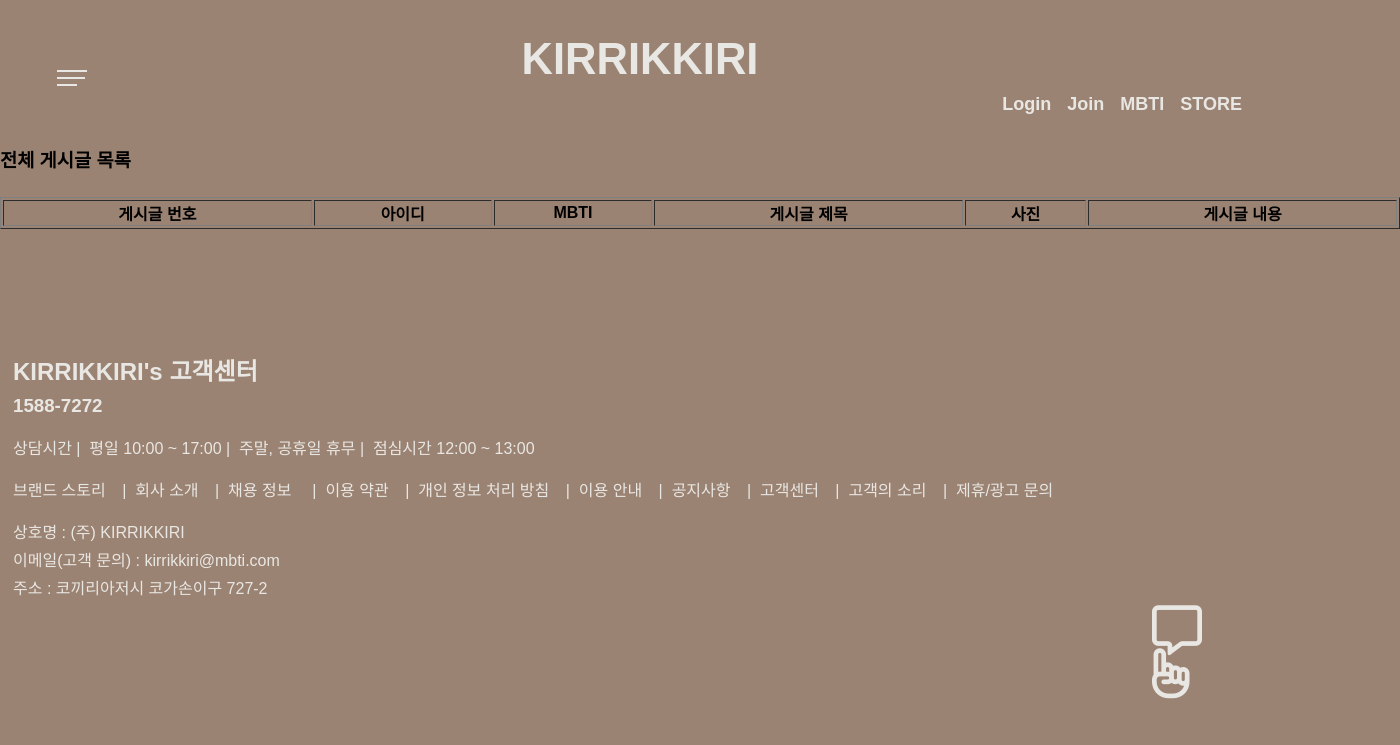
Repository: roditee/backend_mini_project
Page: http://localhost/spring_boot_backend_mini_project1/WEB-INF/views/post/postListView.jsp
The author's editor kept a copy of each file at every save. The page is drawn from the files as they stood at one save, then again after the next save.
The browser window is 1280 px wide. The page is 1400 px wide, so the pictures cover 1400 px, including what lies to the right of the window. The pictures show the whole page.
Some web libraries are served in a nearby version. The page is served by Tomcat 9. Nobody is signed in. The template is opened directly, without the code that normally fills it, so the values that code supplies are empty.

Above is the page before, as saved 2022-01-19 16:12:22.

After the next save:
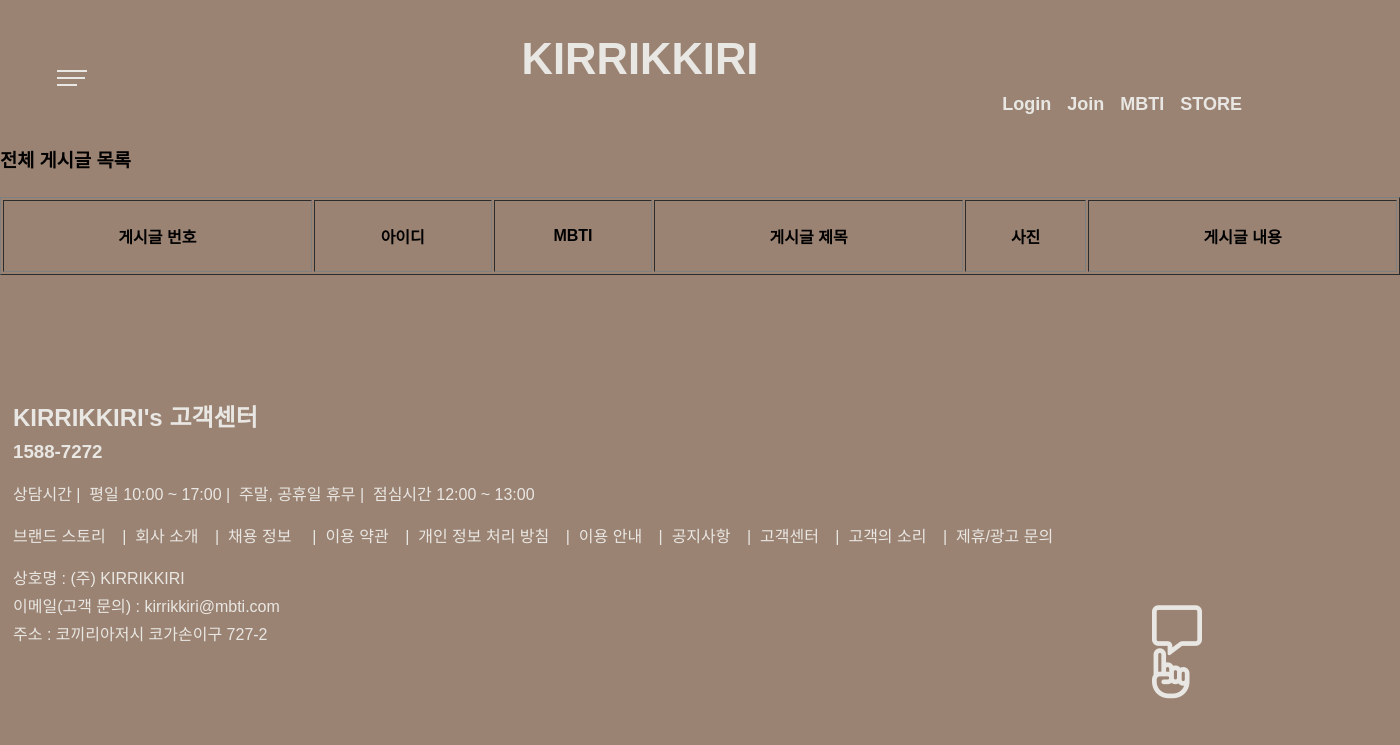
Saved 30 s later.
--- a/springProject_ex_workspace/spring_boot_backend_mini_project1/src/main/webapp/WEB-INF/views/post/postListView.jsp
+++ b/springProject_ex_workspace/spring_boot_backend_mini_project1/src/main/webapp/WEB-INF/views/post/postListView.jsp
@@ -17,7 +17,7 @@
 
 			<table border="1" width="900">
 
-				<tr id="secondRow"><th>게시글 번호</th><th>아이디</th><th>MBTI</th><th>게시글 제목</th><th>사진</th><th>게시글 내용</th></tr>
+				<tr id="firstRow"><th>게시글 번호</th><th>아이디</th><th>MBTI</th><th>게시글 제목</th><th>사진</th><th>게시글 내용</th></tr>
 			   <c:forEach items="${postList }" var="post">
 			   	<tr class="rows"><td><a href="<c:url value='/post/detailViewPost/${post.postNo}'/>">${post.postNo }</a></td>
 		   			<td>${post.memId }</td>
